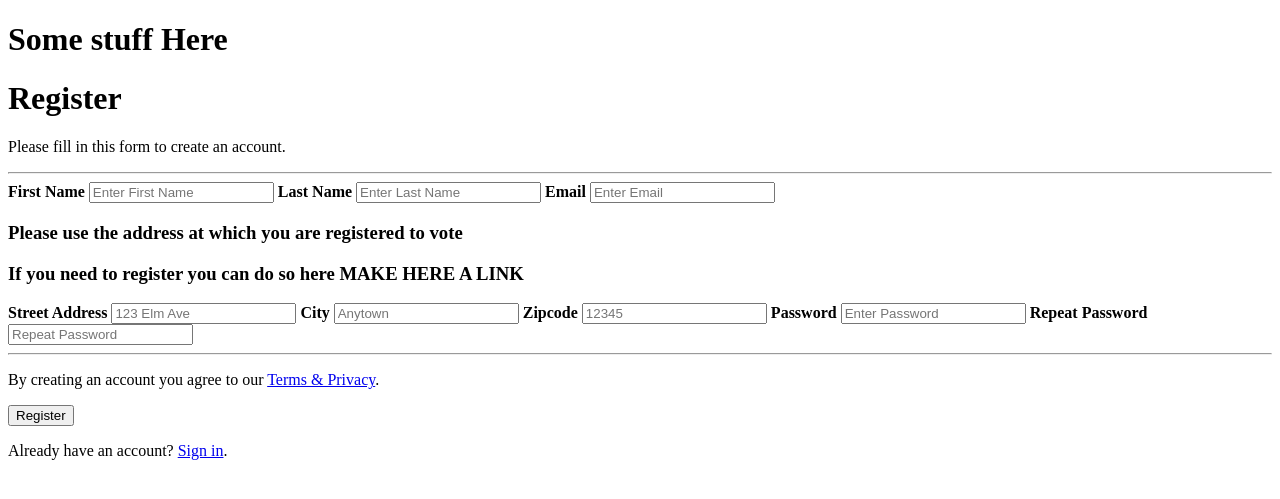
Repository: Lucy134/Alder-Project
Page: http://localhost/alder/WEB-INF/pages/register.jsp
An editor plug-in stored every save of this project. The page is shown before and after the next save, followed by the edit.
The browser window is 1280 px wide. The pictures show the whole page.
The page is served by Tomcat 9. Nobody is signed in. Other server files are loaded and not shown. The template is opened directly, without the code that normally fills it, so the values that code supplies are empty.

Above is the page before, as saved 2020-08-31 20:15:11.

### AlderScraper/AlderBackend/alder/src/main/webapp/WEB-INF/pages/register.jsp
<%@ page language="java" contentType="text/html; charset=ISO-8859-1"
	pageEncoding="ISO-8859-1"%>
<!DOCTYPE html>
<html>
<head>
<meta charset="ISO-8859-1">
<title>Insert title here</title>
</head>
<body>
	<h1>Some stuff Here</h1>
	<form action="register" method="POST">
		<div class="container">
			<h1>Register</h1>
			<p>Please fill in this form to create an account.</p>
			<hr>
			<label for="fName"><b> First Name</b></label> <input type="text"
				placeholder="Enter First Name" name="fName" id="fName" required>

			<label for="lName"><b> Last Name</b></label> <input type="text"
				placeholder="Enter Last Name" name="lName" id="lName" required>

			<label for="email"><b>Email</b></label> <input type="text"
				placeholder="Enter Email" name="email" id="email" required>
			<h3>Please use the address at which you are registered to vote</h3>
			<h3> If you need to register you can do so here MAKE HERE A LINK</h3>
			<label for="street"><b>Street Address</b></label> <input type="text"
				placeholder="123 Elm Ave" name="street" id="street" required>

			<label for="city"><b>City</b></label> <input type="text"
				placeholder="Anytown" name="city" id="city" required>

			<label for="zipcode"><b>Zipcode</b></label> <input type="text"
				placeholder="12345" name="zipcode" id="zipcode" required>



			<label for="psw"><b>Password</b></label> <input type="password"
				placeholder="Enter Password" name="psw" id="psw" required> <label
				for="psw-repeat"><b>Repeat Password</b></label> <input
				type="password" placeholder="Repeat Password" name="psw-repeat"
				id="psw-repeat" required>
			<hr>


			<p>
				By creating an account you agree to our <a href="#">Terms &
					Privacy</a>.
			</p>
			<button type="submit" class="registerbtn">Register</button>
		</div>

		<div class="container signin">
			<p>
				Already have an account? <a href="#">Sign in</a>.
			</p>
		</div>
	</form>
</body>
</html>

After the next save:
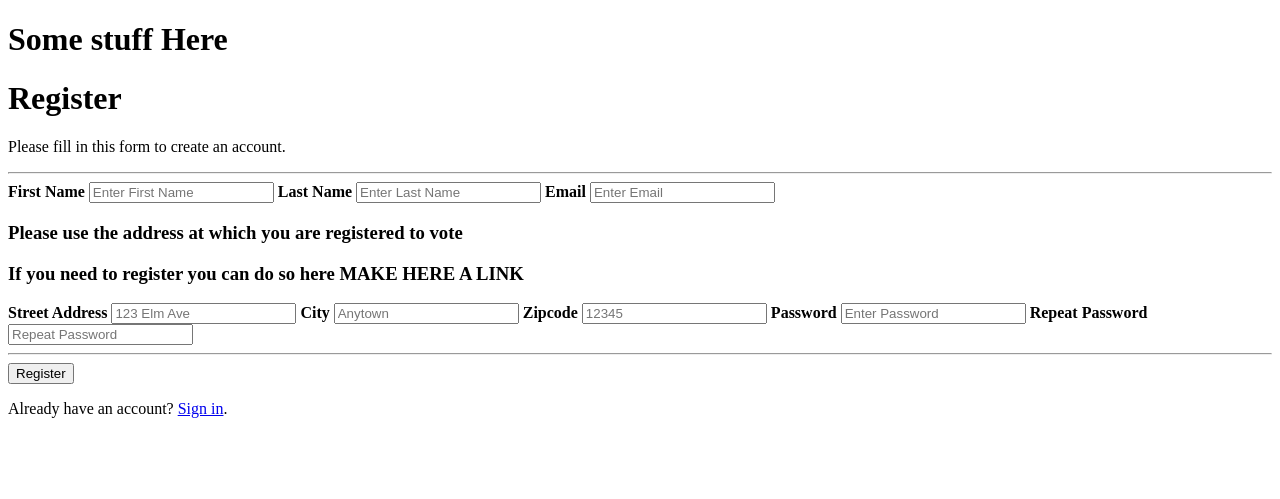
Saved 34 s later.
--- a/AlderScraper/AlderBackend/alder/src/main/webapp/WEB-INF/pages/register.jsp
+++ b/AlderScraper/AlderBackend/alder/src/main/webapp/WEB-INF/pages/register.jsp
@@ -42,16 +42,13 @@
 			<hr>
 
 
-			<p>
-				By creating an account you agree to our <a href="#">Terms &
-					Privacy</a>.
-			</p>
+
 			<button type="submit" class="registerbtn">Register</button>
 		</div>
 
 		<div class="container signin">
 			<p>
-				Already have an account? <a href="#">Sign in</a>.
+				Already have an account? <a href="login">Sign in</a>.
 			</p>
 		</div>
 	</form>
